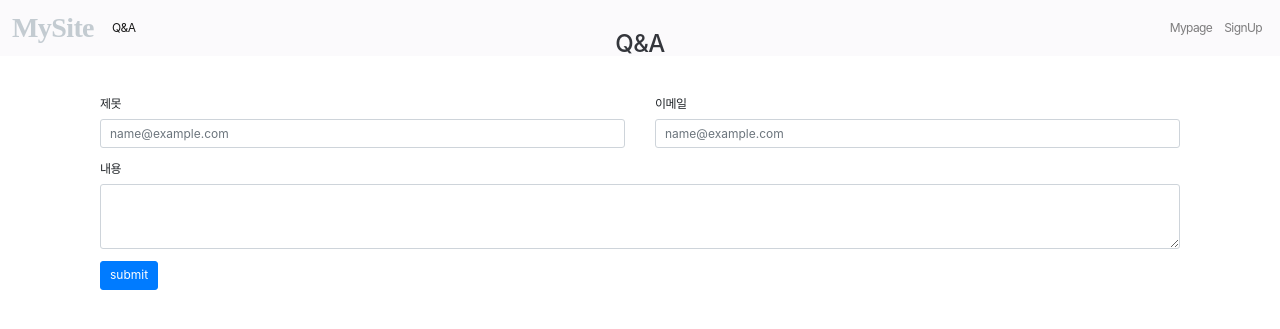
Repository: JungSWon/Project
Page: http://localhost/qna
The author's editor kept a record of every edit. The page is drawn from the files as they stood at one moment, then again after the next edit.
The browser window is 1280 px wide. The pictures show the whole page.
Some web fonts or font styles are not loaded; a fallback is used. The page is served by the project's application, run on Django 2.2 (pj05/manage.py).

Above is the page before.

After the next edit:
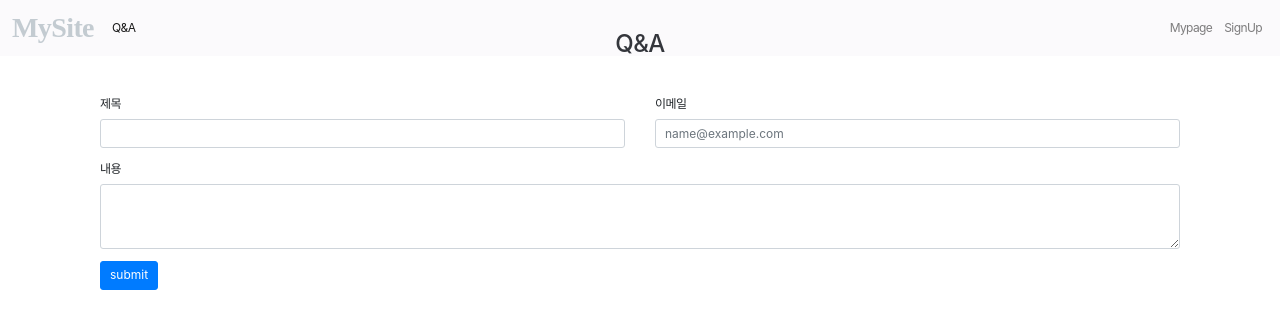
The edit:
--- a/05_detail/pj05/detail/templates/qna.html
+++ b/05_detail/pj05/detail/templates/qna.html
@@ -16,8 +16,8 @@
         <div class='container'>
             <div class= 'row'>
                 <div class="col-6 form-group">
-                  <label for="exampleFormControlInput1">제못</label>
-                  <input type="email" class="form-control" id="exampleFormControlInput1" placeholder="name@example.com">
+                  <label for="exampleFormControlInput1">제목</label>
+                  <input type="email" class="form-control" id="exampleFormControlInput1" >
                 </div>
 
                 <div class="col-6 form-group">
